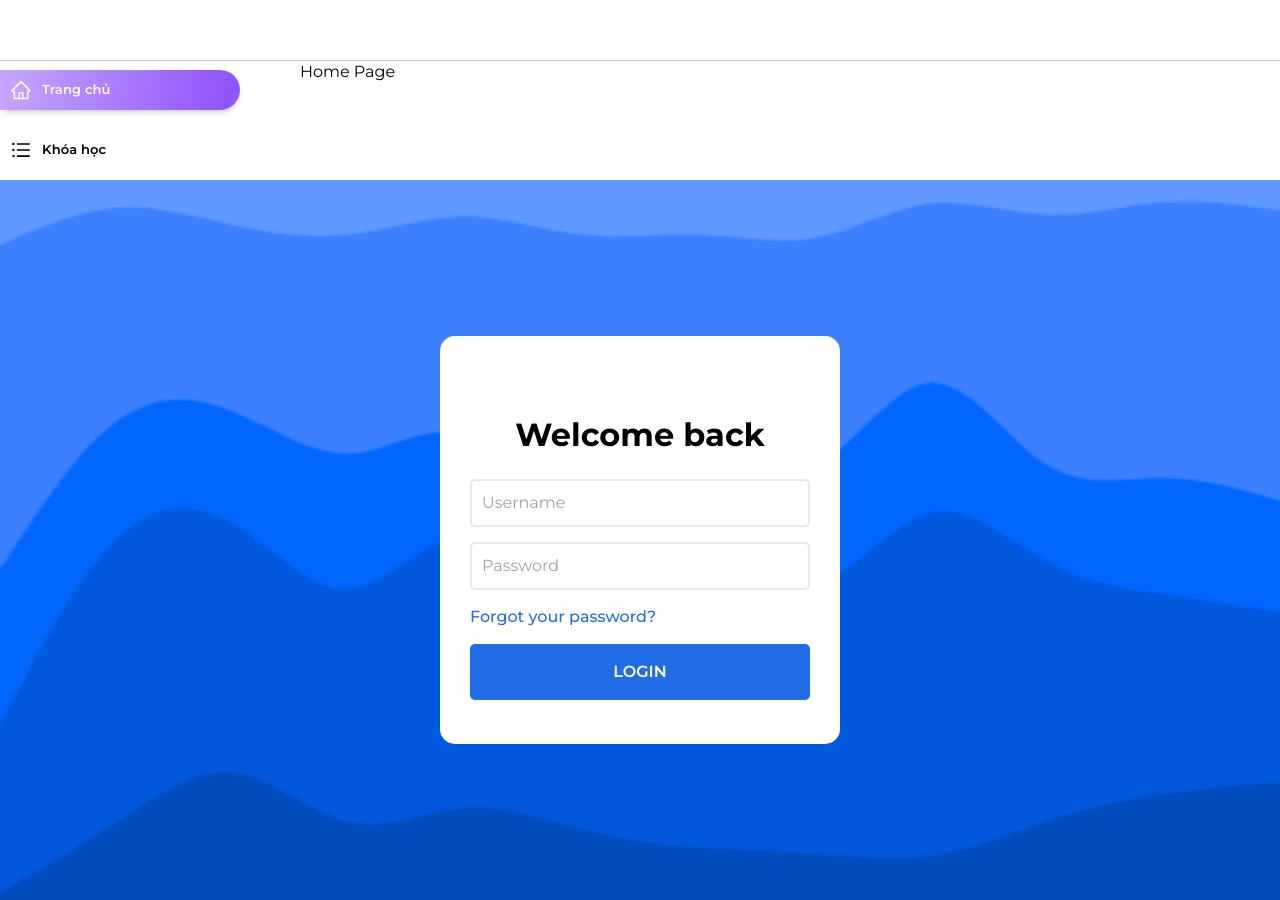
Repository: SatohJiro/CourseSale
Page: /
The author's editor kept a copy of each file at every save. The page is drawn from the files as they stood at one save, then again after the next save.
The browser window is 1280 px wide. The pictures show the whole page.
The project was rebuilt for these pictures with package versions that can differ from the ones it lists, and the page was loaded fresh each time. Also part of the build but not shown: src/pages/Courses/index.js.

Above is the page before, as saved 2022-12-05 11:29:57.

After the next save:
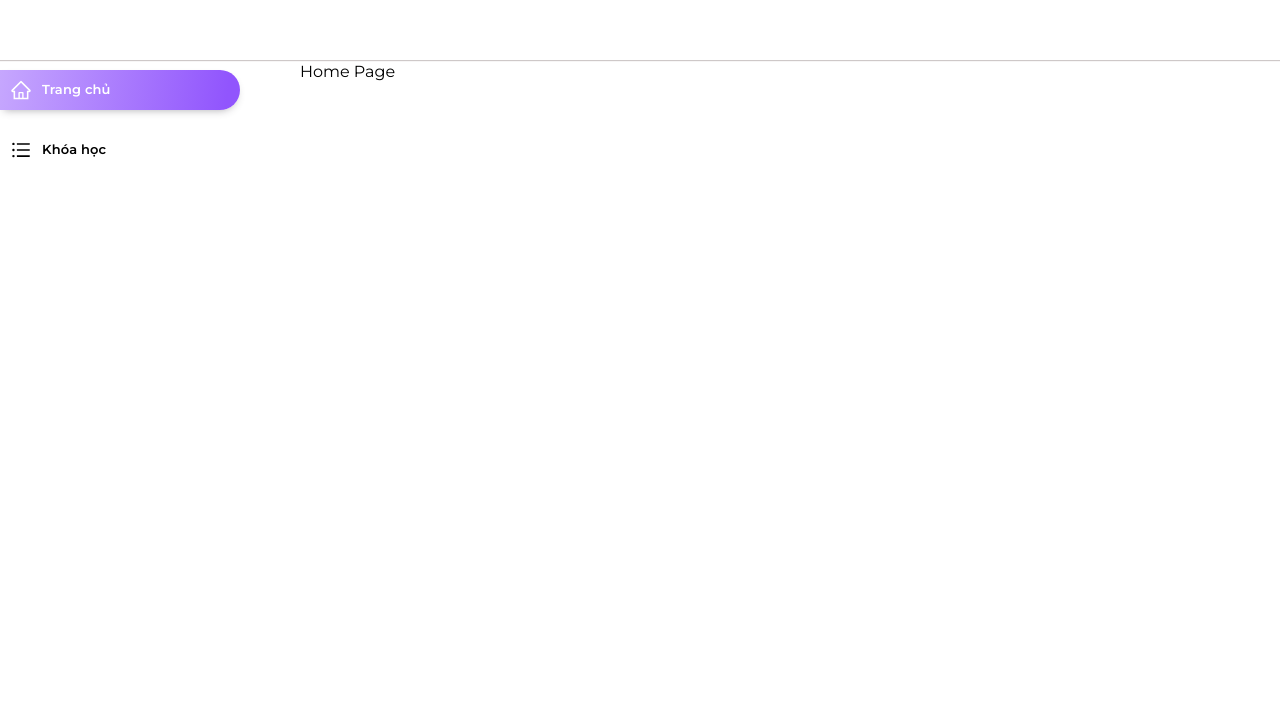
Saved 9 s later.
--- a/src/App.js
+++ b/src/App.js
@@ -33,7 +33,7 @@ function App() {
           </Routes>
         </div>
       </Router>
-      <Login></Login>
+      {/* <Login></Login> */}
     </>
   );
 }
